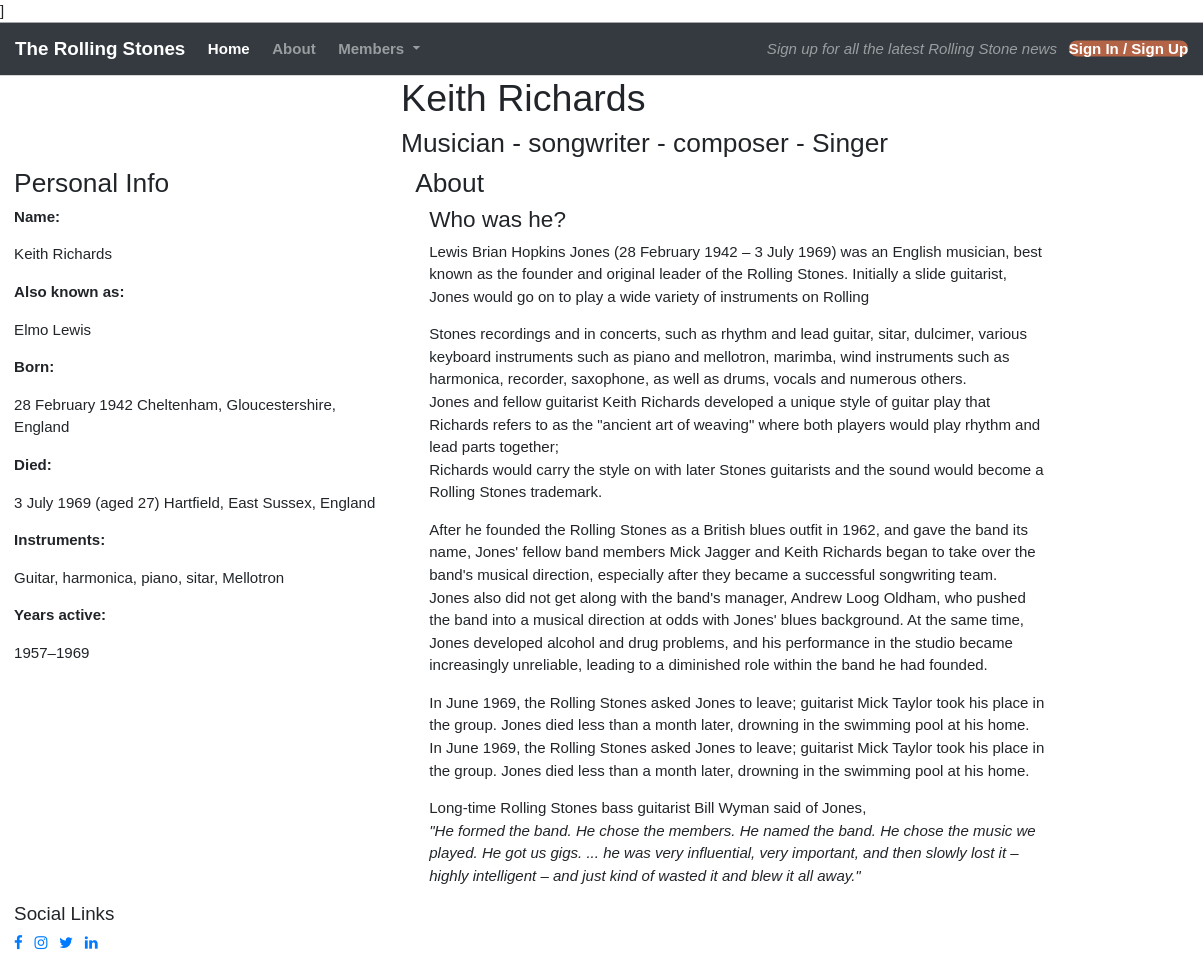
Repository: TecDruid/rolling-stones-fan-site
Page: keith-richards.html
The author's editor kept a record of every edit. The page is drawn from the files as they stood at one moment, then again after the next edit.
The browser window is 1280 px wide. The pictures show the whole page, at 94% of full size.
Some web fonts or font styles are not loaded; a fallback is used. Some web libraries are served in a nearby version.

Above is the page before.

After the next edit:
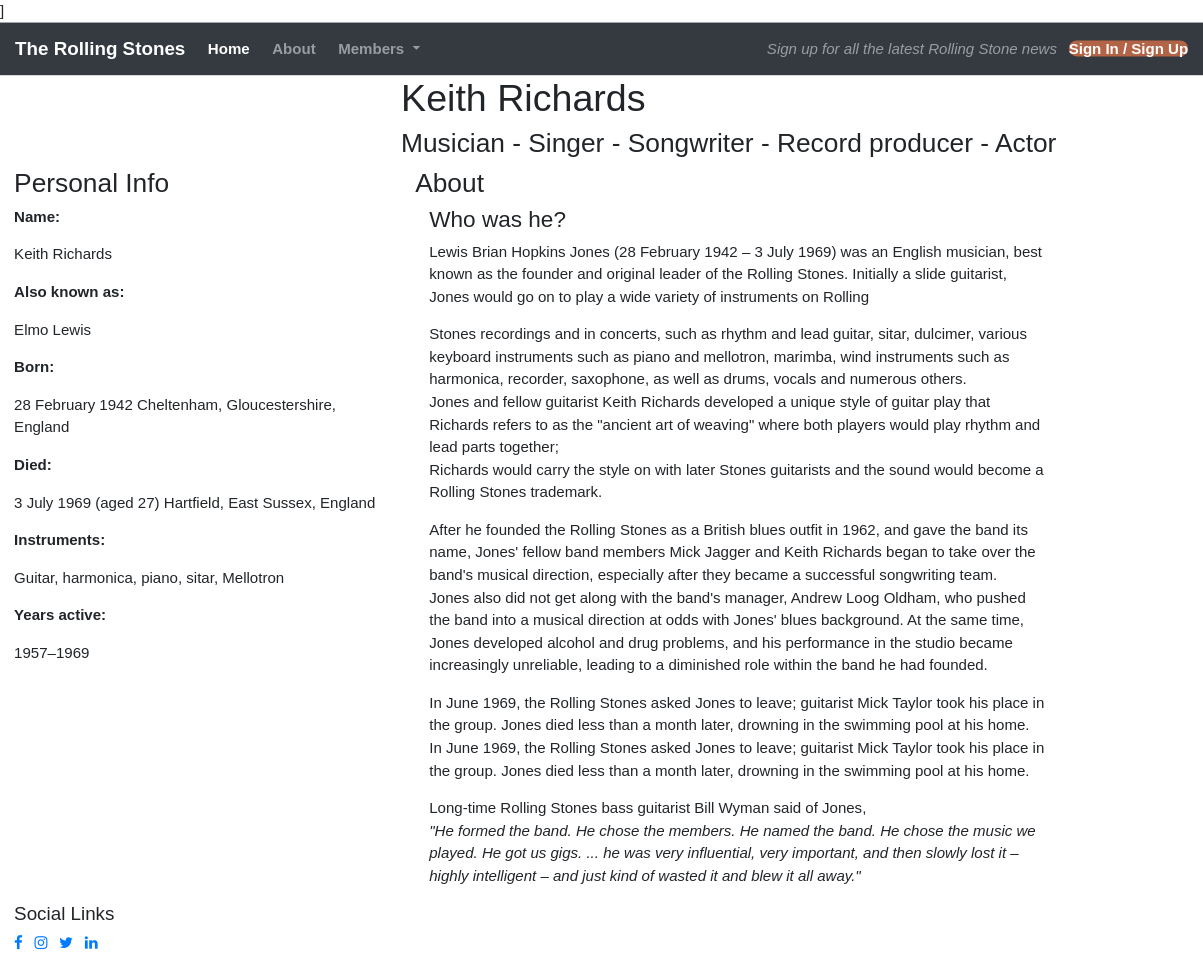
The edit:
--- a/keith-richards.html
+++ b/keith-richards.html
@@ -63,7 +63,7 @@
                 <div class="row no-gutters bg-color-name-title">
                     <div class="col heading">
                         <h1 class="name">Keith Richards</h1>
-                        <h3 class="title"> Musician - songwriter - composer - Singer</h3>
+                        <h3 class="title"> Musician - Singer - Songwriter - Record producer - Actor</h3>
                     </div>
                 </div>
             </div>
